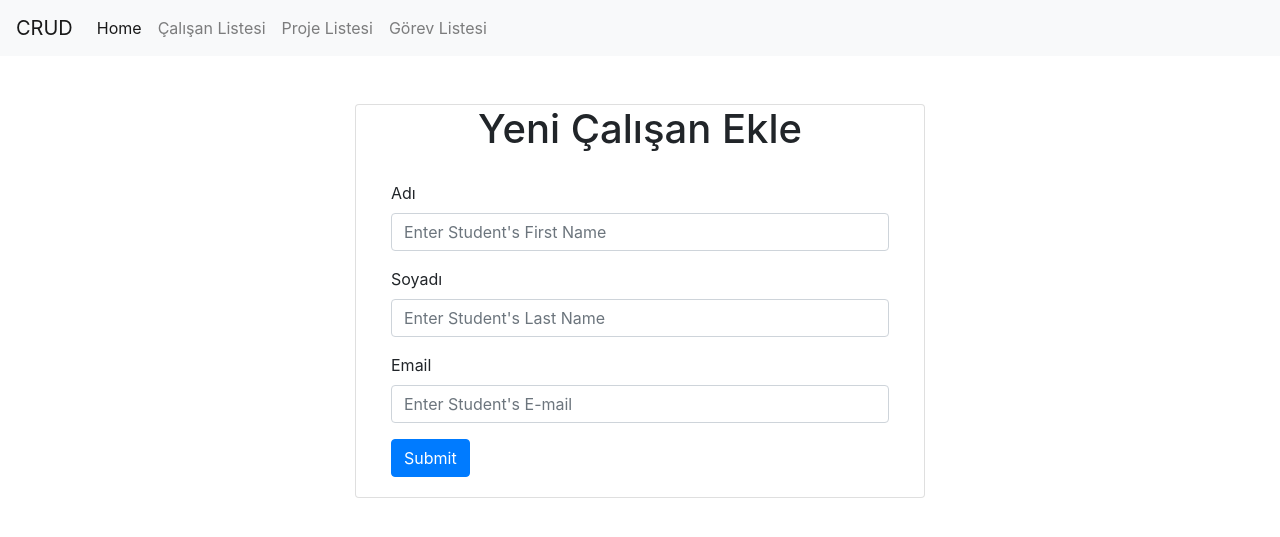
Repository: AhmetOzgul/veri_Taban-_proje
Page: http://localhost/user-add
The author's editor kept a copy of each file at every save. The page is drawn from the files as they stood at one save, then again after the next save.
The browser window is 1280 px wide. The pictures show the whole page.
The page is this project's Thymeleaf template; nobody is signed in. The template is opened directly, without the code that normally fills it, so the values that code supplies are empty.

Above is the page before, as saved 2024-01-17 21:02:50.

After the next save:
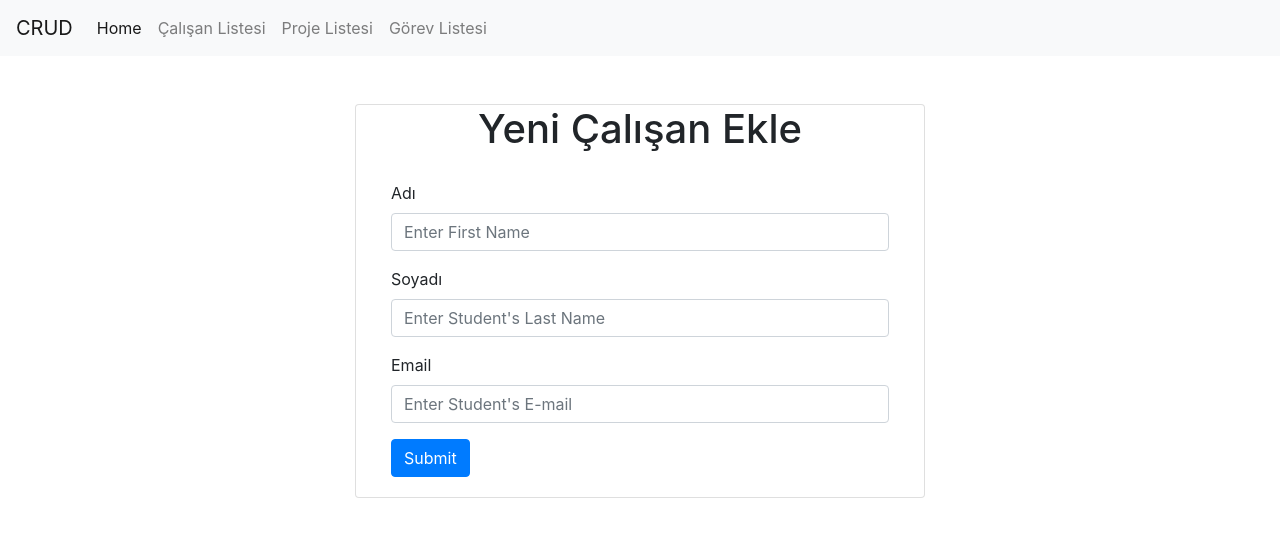
Saved 41 s later.
--- a/vtys2/vtys/src/main/resources/templates/user-add.html
+++ b/vtys2/vtys/src/main/resources/templates/user-add.html
@@ -44,7 +44,7 @@
 							name="firtsName"
 							th:field="*{firstName}"
 							class="form-control"
-							placeholder="Enter Student's First Name "
+							placeholder="Enter First Name "
 							/>
 						</div>
 						<div class="form-group">
